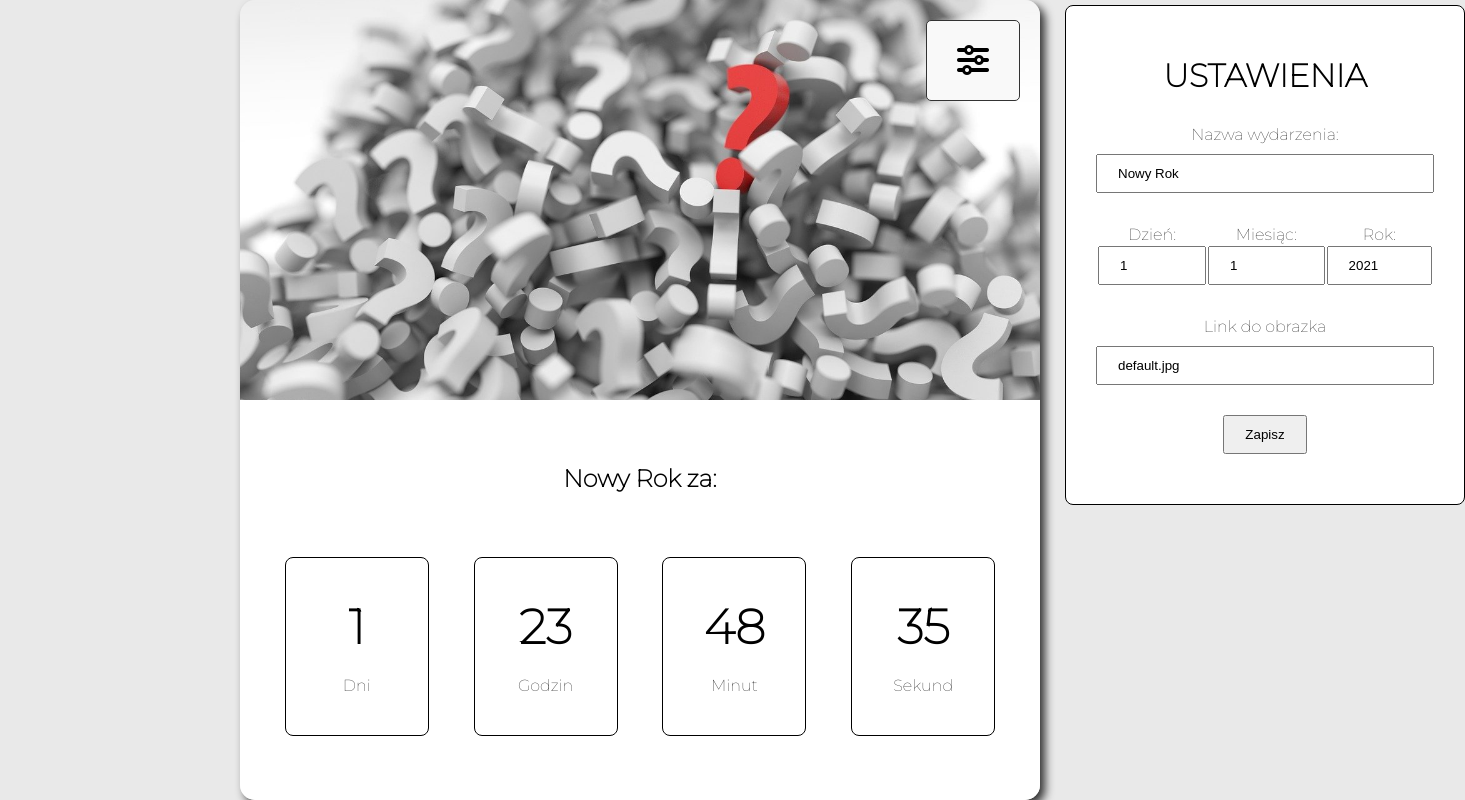
Repository: KrzysKolo/Projekt-8_Czasomierz
Page: index.html
The author's editor kept a copy of each file at every save. The page is drawn from the files as they stood at one save, then again after the next save.
The browser window is 1280 px wide. The page is 1465 px wide, then 1280 px, so the pictures cover 1465 px, including what lies to the right of the window. The pictures show the whole page.
Some web libraries are served in a nearby version.

Above is the page before, as saved 2020-07-20 15:55:27.

After the next save:
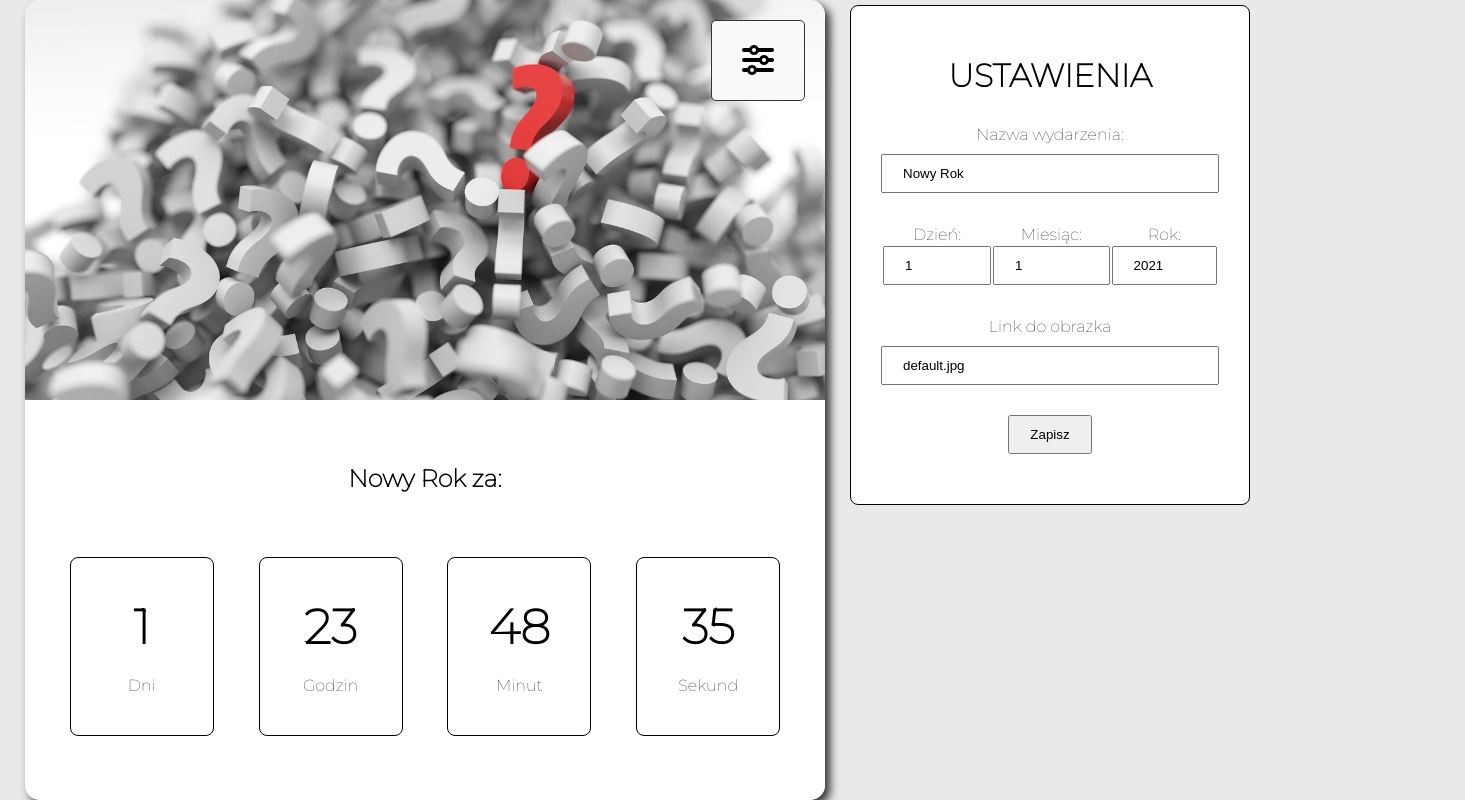
Saved 98 s later.
--- a/css/style.css
+++ b/css/style.css
@@ -10,6 +10,7 @@ body {
   min-height: 100vh;
   font-family: "Montserrat", sans-serif;
   background-color: rgb(233, 233, 233);
+  margin-left: -430px;
 }
 .counter-app {
   position: relative;
